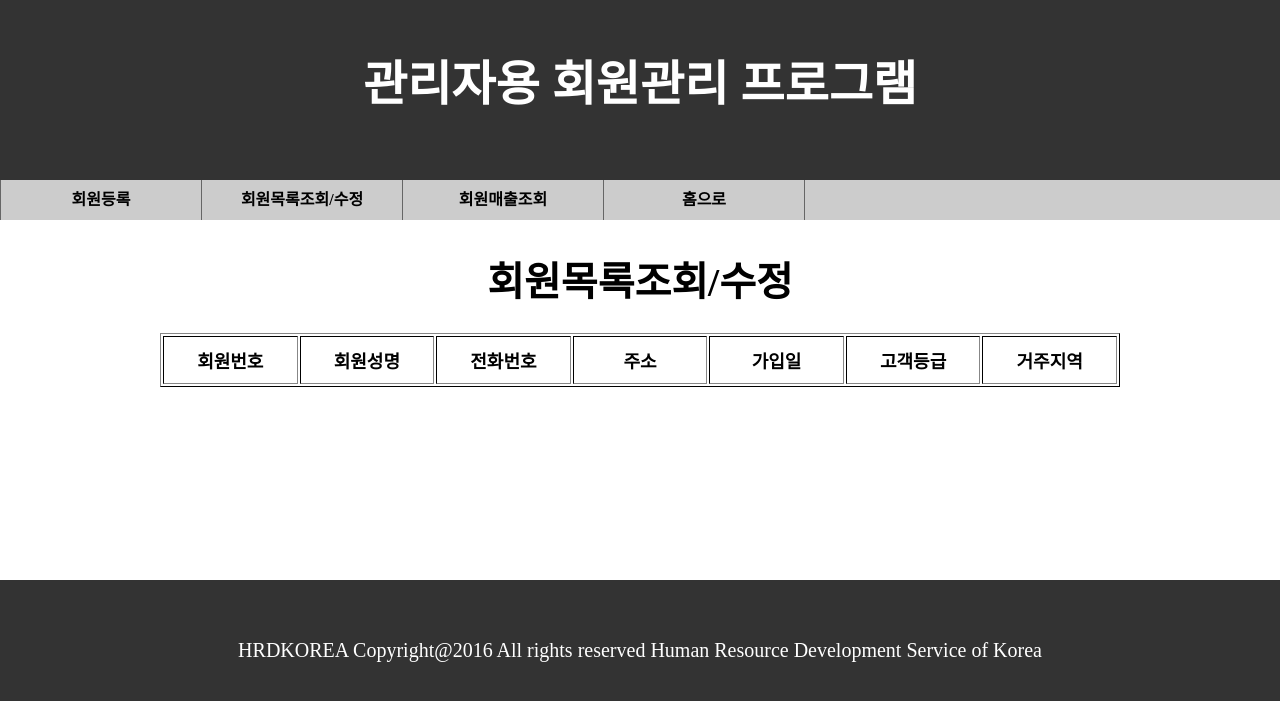
Repository: jsky1234/NCS
Page: http://localhost/HRD_1/memberList.jsp
The author's editor kept a copy of each file at every save. The page is drawn from the files as they stood at one save, then again after the next save.
The browser window is 1280 px wide. The pictures show the whole page.
The page is served by Tomcat 9. Queries for data that is not in the repository find no rows.

Above is the page before, as saved 2020-11-11 06:03:50.

After the next save:
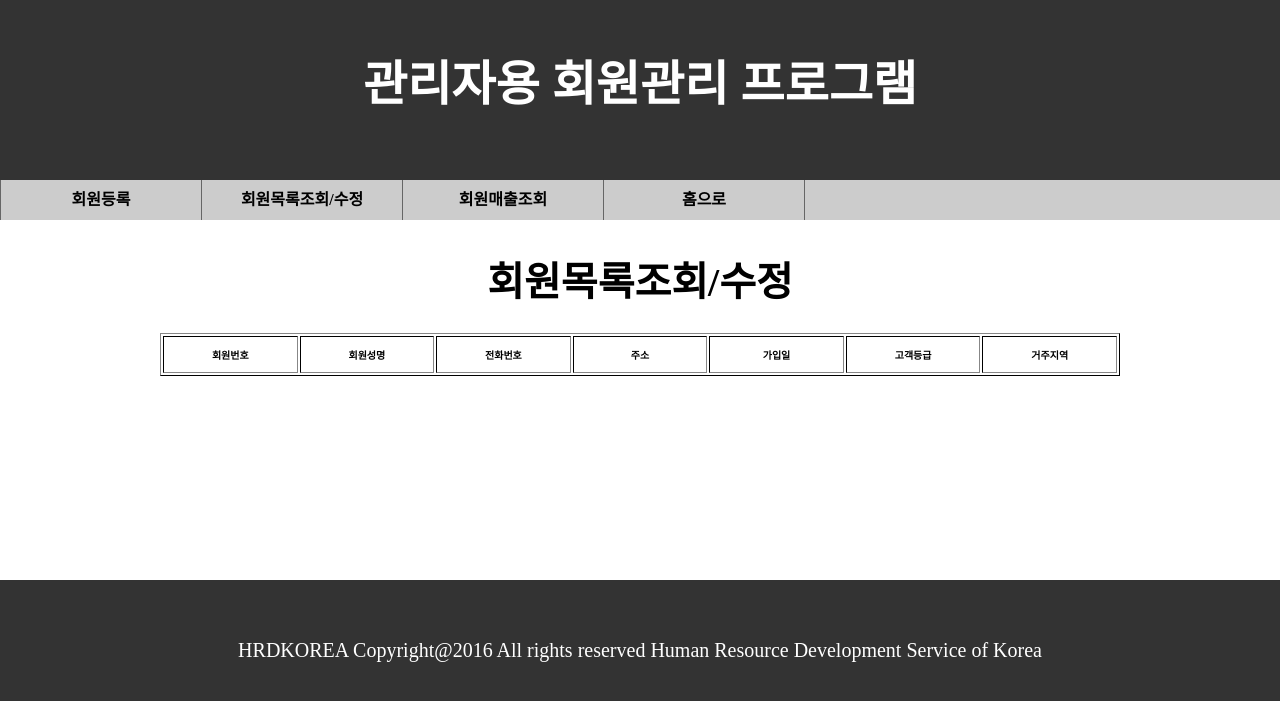
Saved 9 s later.
--- a/ncs1/HRD_1/WebContent/css/table.css
+++ b/ncs1/HRD_1/WebContent/css/table.css
@@ -5,4 +5,4 @@
 .tb { display: table; border: 1; border-color: #333; width: 960px; text-align: center;}
 .tb tr { display: table-row; }
 .tb td, .tb th { display: table-cell; padding: 10px; }
-.tb th { width: 480px; font-size: 18px;}
+.tb th { width: 480px; font-size: 10px;}
